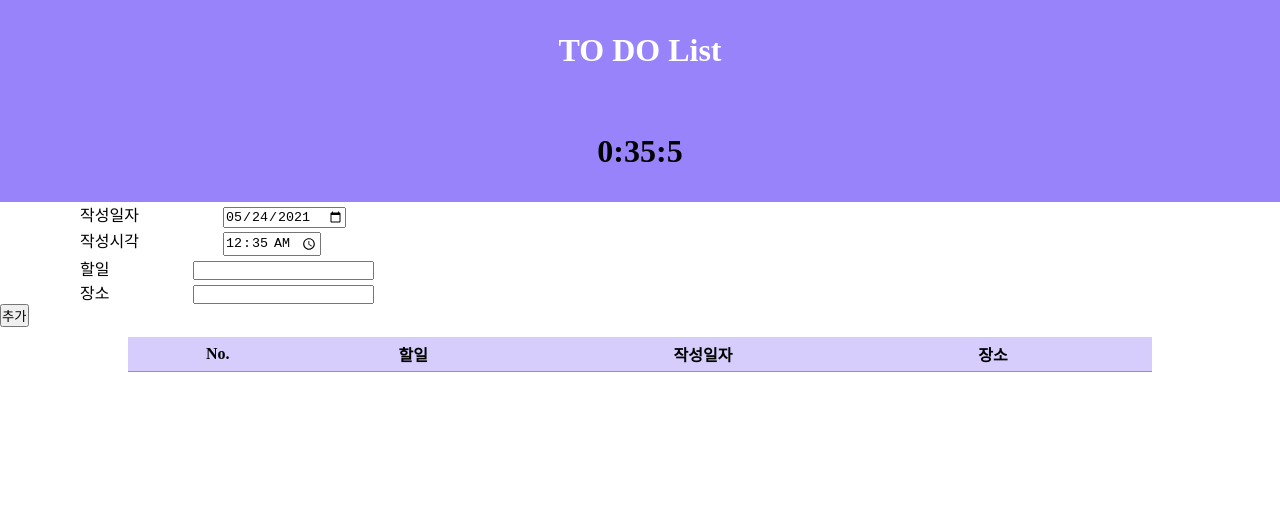
Repository: soyeon-noh/TodoList_Project
Page: http://localhost/Server_PR_TodoList/
An editor plug-in stored every save of this project. The page is shown before and after the next save, followed by the edit.
The browser window is 1280 px wide. The pictures show the whole page.
The page is served by Tomcat 9. Other server files are loaded and not shown. Queries for data that is not in the repository find no rows.

Above is the page before, as saved 2021-05-25 02:29:44.

### Server_PR_TodoList/src/main/webapp/WEB-INF/views/home.jsp
<%@ page language="java" contentType="text/html; charset=UTF-8"
    pageEncoding="UTF-8"%>
<%@ taglib uri="http://java.sun.com/jsp/jstl/core"
			prefix="c"%>
<c:set value="${pageContext.request.contextPath}"
		var="rootPath"/>
<!DOCTYPE html>
<html>
<head>
<meta charset="UTF-8">
<title>TODOList 메인화면</title>
<link href="${rootPath}/static/css/home.css?ver5" rel="stylesheet"/>

<style>

</style>


</head>
  <body>
  	<%@ include file="/WEB-INF/views/include_nav.jsp" %>
    <form class ="v1" method="POST">
    	<div>
    		<label for="date">작성일자</label>
    		<input name="td_date"
    				type="date" value="${TD.td_date}">
    	</div>

    	<div>
    		<label for="time">작성시각</label>
    		<input name="td_time"
    				type="time" value="${TD.td_time}">
    	</div>

    	<div>
    		<label for="todo">할일</label>
    		<input name="td_todo"
    				type="text" value="${TD.td_todo}">
    	</div>

    	<div>
    		<label for="place">장소</label>
    		<input name="td_place"
    				type="text" value="${TD.td_place}">
    	</div>
   		<button class="btn_insert">추가</button>
    </form>

    <table id="tdlist">
      <tr>
        <th>No.</th>
        <th>할일</th>
        <th>작성일자</th>
        <th>장소</th>
        <th></th>
      </tr>
      <c:forEach items="${TDLIST}" var="TD" varStatus="i">
        <tr>
          <td>${i.count}</td>
          <td>${TD.td_todo}</td>
          <td>${TD.td_date}</td>
          <td>${TD.td_place}</td>
          <td><button class="btn_update" data-seq="${TD.td_seq}" type="button">
          		수정</button>
          		<button class="btn_delete" data-seq="${TD.td_seq}" type="button">
          		삭제</button></td>
        </tr>
      </c:forEach>
    </table>
  </body>

  <script>
  // html 코드가 다 화면에 뜨고 나서 실행하라는 명렁
  // 아래 한 줄의 코드가 있어야 어디든디 script를 넣을 수 있다.
	document.addEventListener("DOMContentLoaded",function(){
		document.querySelector("table#tdlist")
		.addEventListener("click", function(ev){
			let className = ev.target.className

			if(className == "btn_delete"){

				let seq = ev.target.dataset.seq
				alert(seq + " 삭제가 완료되었습니다.");

				document
				.location
				.replace( "${rootPath}" +
						"/UD/delete?td_seq="
						+ seq )

			} else if(className == "btn_update"){

				let seq = ev.target.dataset.seq;

				document
				.location
				.href= "${rootPath}" +
						"/UD/update?td_seq="
						+ seq
			}

		})
	})
  </script>

</html>

### Server_PR_TodoList/src/main/webapp/WEB-INF/views/include_nav.jsp
<%@ page language="java" contentType="text/html; charset=UTF-8"
    pageEncoding="UTF-8"%>

<style>
	* {
		margin: 0;
		padding: 0;
		box-sizing: border-box;
	}

    h1.clock {
        color: black;
        text-align: center;
        background-color: rgba(153, 131, 250, 20);
        padding: 2rem;
    }

</style>
<h1>TO DO List</h1>
<h2 class="date"></h2>
<h1 class="clock"></h1>
<script>
	let date = document.querySelector(".date");

    function getDate(){
        const time = new Date();
        const year = time.getUTCFullYear();
        const month = time.getUTCMonth();
        const day = time.getUTCDay();
        date.textContent = year + "-" + month + "-" + day;
    }



	let clock = document.querySelector(".clock");

	function getTime() {
		  const time = new Date();
		  const hour = time.getHours();
		  const minutes = time.getMinutes();
		  const seconds = time.getSeconds();
		  clock.textContent = hour + ":" + minutes + ":" + seconds;


	}

	function init() {
	  setInterval(getTime, 1000);
	}

	init();
</script>

### Server_PR_TodoList/src/main/java/com/callor/todo/controller/HomeController.java
package com.callor.todo.controller;

import java.io.IOException;
import java.text.SimpleDateFormat;
import java.util.Date;
import java.util.List;

import javax.servlet.ServletException;
import javax.servlet.annotation.WebServlet;
import javax.servlet.http.HttpServlet;
import javax.servlet.http.HttpServletRequest;
import javax.servlet.http.HttpServletResponse;

import com.callor.todo.model.TodoListVO;
import com.callor.todo.service.TodoService;
import com.callor.todo.service.impl.TodoServiceImplV1;

@WebServlet("/")
public class HomeController extends HttpServlet{

	protected TodoService tdService;
	public HomeController() {
		tdService = new TodoServiceImplV1();
	}
	@Override
	protected void doGet(HttpServletRequest req, HttpServletResponse resp) throws ServletException, IOException {
		// TODO selectAll()
		List<TodoListVO> tdList = tdService.selectAll();
		req.setAttribute("TDLIST", tdList);

		// TODO insert()
		TodoListVO tdVO = new TodoListVO();

		// SimpleDateFormat : 날짜 및 시간을 형식화하고 구문 분석하는 메소드 제공
		SimpleDateFormat sd = new SimpleDateFormat("yyyy-MM-dd");
		SimpleDateFormat st = new SimpleDateFormat("HH:mm:ss");

		// 현재시간을 저장
		Date date = new Date(System.currentTimeMillis());

		// 현재 시간을 변환해 VO에 넣어준다
		tdVO.setTd_seq(0L);
		tdVO.setTd_date(sd.format(date));
		tdVO.setTd_time(st.format(date));

		req.setAttribute("TD", tdVO);

		// home.jsp 화면을 보여줘라
		RequestController.reqController(req, resp, "home");
	}
	@Override
	protected void doPost(HttpServletRequest req, HttpServletResponse resp) throws ServletException, IOException {
		// TODO insert()

		// 한글 인코딩 세팅
		req.setCharacterEncoding("UTF-8");

		// user가 입력한 data 확인
		String td_date = req.getParameter("td_date");
		String td_time = req.getParameter("td_time");
		String td_todo = req.getParameter("td_todo");
		String td_place = req.getParameter("td_place");

		TodoListVO tdVO = new TodoListVO();
		tdVO.setTd_date(td_date);
		tdVO.setTd_time(td_time);
		tdVO.setTd_todo(td_todo);
		tdVO.setTd_place(td_place);

		tdService.insert(tdVO);

		System.out.println("insert : " + tdVO);

		resp.sendRedirect("/todo");
	}

}

### Server_PR_TodoList/src/main/java/com/callor/todo/service/impl/TodoServiceImplV1.java
package com.callor.todo.service.impl;

import java.sql.Connection;
import java.sql.PreparedStatement;
import java.sql.ResultSet;
import java.sql.SQLException;
import java.util.ArrayList;
import java.util.List;

import com.callor.todo.config.DbInfo;
import com.callor.todo.config.MySQLConnection;
import com.callor.todo.model.TodoListVO;
import com.callor.todo.service.TodoService;

public class TodoServiceImplV1 implements TodoService{

	// 먼저 db와 연결
	protected Connection dbConn;

	public TodoServiceImplV1() {
		dbConn = MySQLConnection.getDBConnection();
	}


	protected List<TodoListVO> select(PreparedStatement pStr) throws SQLException{
		// TODO DB로부터 데이터를 받아와 List에 저장
		List<TodoListVO> tdList = new ArrayList<TodoListVO>();

		ResultSet rSet = pStr.executeQuery();
		while(rSet.next()) {
			TodoListVO tdVO = new TodoListVO();
			tdVO.setTd_seq(rSet.getLong(DbInfo.td_seq));
			tdVO.setTd_date(rSet.getString(DbInfo.td_date));
			tdVO.setTd_time(rSet.getString(DbInfo.td_time));
			tdVO.setTd_todo(rSet.getString(DbInfo.td_todo));
			tdVO.setTd_place(rSet.getString(DbInfo.td_place));
			tdList.add(tdVO);
		}

		// 데이터 확인
		System.out.println("select : " + tdList.toString());
		return tdList;
	}

	@Override
	public List<TodoListVO> selectAll() {
		// TODO List 전체 데이터 조회

		String sql = " SELECT * FROM tbl_todo_list ";
		sql += " ORDER BY td_date DESC, td_time DESC ";

		PreparedStatement pStr = null;

		try {
			pStr = dbConn.prepareStatement(sql);
			List<TodoListVO> tdList = this.select(pStr);
			pStr.close();

			System.out.println("selectAll : " + tdList.toString());
			return tdList;
		} catch (SQLException e) {
			// TODO Auto-generated catch block
			e.printStackTrace();
		}
		return null;
	}

	@Override
	public TodoListVO findById(Long seq) {
		// TODO 일련번호로 조회
		String sql = " SELECT * FROM tbl_todo_list ";
		sql += " WHERE td_seq = ? ";

		PreparedStatement pStr = null;

		try {
			pStr = dbConn.prepareStatement(sql);
			pStr.setLong(1, seq);

			List<TodoListVO> tdList = this.select(pStr);

			pStr.close();

			if(tdList != null && tdList.size() > 0) {
				return tdList.get(0);
			}


		} catch (SQLException e) {
			// TODO Auto-generated catch block
			e.printStackTrace();
		}
		return null;
	}

	@Override
	public List<TodoListVO> findByDate(String td_date) {
		// TODO 날짜로 조회
		String sql = " SELECT * FROM tbl_todo_list ";
		sql += " WHERE td_date = ? ";

		PreparedStatement pStr = null;

		try {
			pStr = dbConn.prepareStatement(sql);
			pStr.setString(1, td_date);

			List<TodoListVO> tdList = this.select(pStr);

			pStr.close();
			return tdList;

		} catch (SQLException e) {
			// TODO Auto-generated catch block
			e.printStackTrace();
		}
		return null;
	}

	@Override
	public List<TodoListVO> findByTodo(String td_todo) {
		// TODO 할일내용으로 조회
		return null;
	}

	@Override
	public List<TodoListVO> findByPlace(String td_place) {
		// TODO 장소로 조회
		return null;
	}

	@Override
	public Integer insert(TodoListVO tdVO) {
		// TODO 데이터 추가

		String sql = " INSERT INTO tbl_todo_list ";
		sql += " ( ";
		sql += " td_date, ";
		sql += " td_time, ";
		sql += " td_todo, ";
		sql += " td_place) ";
		sql += " VALUES( ?,?,?,? ) ";


		// SQL 구문을 실행시키는 객체
		PreparedStatement pStr = null;

		try {
			pStr = dbConn.prepareStatement(sql);
			pStr.setString(1, tdVO.getTd_date());
			pStr.setString(2, tdVO.getTd_time());
			pStr.setString(3, tdVO.getTd_todo());
			pStr.setString(4, tdVO.getTd_place());

			return pStr.executeUpdate();

		} catch (SQLException e) {
			// TODO Auto-generated catch block
			e.printStackTrace();
		}
		return null;
	}


	@Override
	public Integer update(TodoListVO tdVO) {
		// TODO 데이터 업데이트
		String sql = " UPDATE tbl_todo_list SET ";
		sql += " td_date = ?, ";
		sql += " td_time = ?, ";
		sql += " td_todo = ?, ";
		sql += " td_place = ? ";

		sql += " WHERE td_seq = ? ";

		PreparedStatement pStr = null;

		try {
			pStr = dbConn.prepareStatement(sql);
			pStr.setString(1, tdVO.getTd_date());
			pStr.setString(2, tdVO.getTd_time());
			pStr.setString(3, tdVO.getTd_todo());
			pStr.setString(4, tdVO.getTd_place());

			pStr.setLong(5, tdVO.getTd_seq());
			return pStr.executeUpdate();

		} catch (SQLException e) {
			// TODO Auto-generated catch block
			e.printStackTrace();
		}

		return null;
	}

	@Override
	public Integer delete(Long seq) {
		// TODO 데이터 삭제

		String sql = " DELETE FROM tbl_todo_list ";
		sql += "WHERE td_seq = ?";

		PreparedStatement pStr = null;

		try {
			pStr = dbConn.prepareStatement(sql);
			pStr.setLong(1, seq);
			return pStr.executeUpdate();

		} catch (SQLException e) {
			// TODO Auto-generated catch block
			e.printStackTrace();
		}
		return null;
	}
}

### Server_PR_TodoList/src/main/java/com/callor/todo/config/MySQLConnection.java
package com.callor.todo.config;

import java.sql.Connection;
import java.sql.DriverManager;
import java.sql.SQLException;

public class MySQLConnection {

	private static Connection dbConn;

	static {

		String jdbcDriver = "com.mysql.cj.jdbc.Driver";
		String url = "jdbc:mysql://localhost:3306/todolist";
		String username = "tdUser";
		String password = "12345";

		try {
			Class.forName(jdbcDriver);
			if(dbConn == null) {
				dbConn = DriverManager.getConnection(url, username, password);
			}
			System.out.println("MySQL 접속 성공!!");
		} catch (ClassNotFoundException e) {
			System.out.println("MySQL Driver 를 찾을 수 없음");
		} catch (SQLException e) {
			System.out.println("MySQL DBMS 연결 실패");
		}
	}

	public static Connection getDBConnection() {
		return dbConn;
	}

}

### Server_PR_TodoList/src/main/java/com/callor/todo/model/TodoListVO.java
package com.callor.todo.model;

import lombok.AllArgsConstructor;
import lombok.Getter;
import lombok.NoArgsConstructor;
import lombok.Setter;
import lombok.ToString;

@Getter
@Setter
@ToString
@NoArgsConstructor
@AllArgsConstructor
public class TodoListVO {

	private Long td_seq;	//BIGINT
    private String td_date;	//VARCHAR(20)
    private String td_time;	//VARCHAR(20)
	private String td_todo;	//VARCHAR(200)
    private String td_place;	//VARCHAR(125)
}

### Server_PR_TodoList/src/main/java/com/callor/todo/controller/RequestController.java
package com.callor.todo.controller;

import java.io.IOException;

import javax.servlet.ServletException;
import javax.servlet.http.HttpServlet;
import javax.servlet.http.HttpServletRequest;
import javax.servlet.http.HttpServletResponse;

public class RequestController extends HttpServlet{

	public static void reqController (HttpServletRequest req,
			HttpServletResponse resp, String file) throws ServletException, IOException {

		String root = "/WEB-INF/views/" + file + ".jsp";

		req.getRequestDispatcher(root)
		.forward(req, resp);


	}

}

### Server_PR_TodoList/src/main/webapp/static/css/home.css
@charset "UTF-8";

/* 여백 초기화 */
* {
	margin: 0;
	padding: 0;
	box-sizing: border-box;
}

h1 {
	color: white;
	text-align: center;
	background-color: rgba(153,131,250,1);
	padding: 2rem;

}

form.v1 label {
	text-align: right;
	padding: 5rem;

}

table {
	border-collapse: collapse;
	width: 80%;
	margin: 10px auto;
}

td, th {
	border-bottom: 1px solid #9882FA;
	padding: 5px;
	text-align: center;
}

th {
	background-color: rgba(153,131,250,0.4);
}

After the next save:
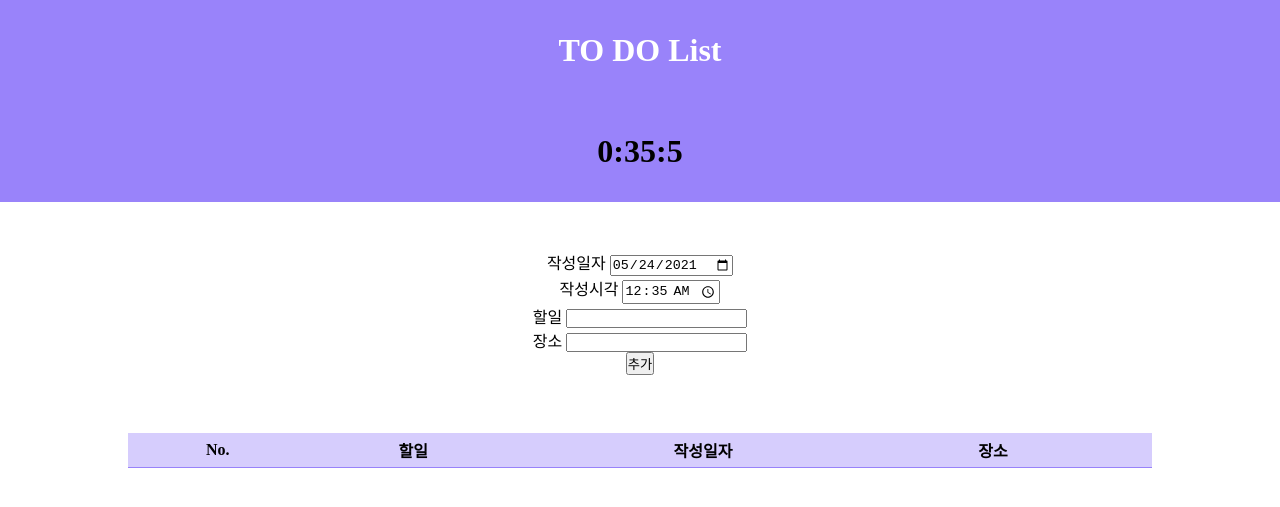
Saved 21 s later.
--- a/Server_PR_TodoList/src/main/webapp/static/css/home.css
+++ b/Server_PR_TodoList/src/main/webapp/static/css/home.css
@@ -15,10 +15,13 @@ h1 {
 
 }
 
+form.v1 {
+	text-align: center;
+	padding: 3rem;
+}
+
 form.v1 label {
 	text-align: right;
-	padding: 5rem;
-
 }
 
 table {
